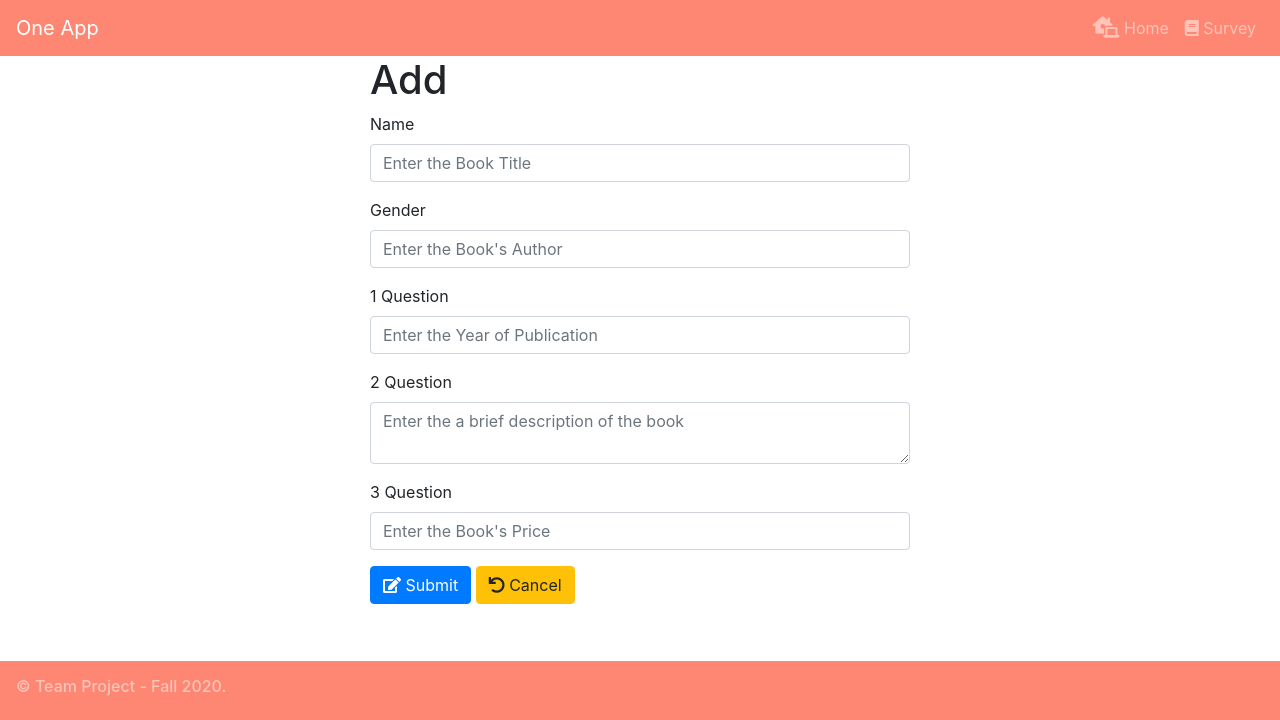
Repository: Dyazho/group-project
Page: http://localhost/survey/add
The author's editor kept a copy of each file at every save. The page is drawn from the files as they stood at one save, then again after the next save.
The browser window is 1280 px wide. The pictures show the whole page.
The page is served by the project's Node server (server.js). Other server files are loaded and not shown.

Above is the page before, as saved 2020-11-16 11:12:20.

### server/views/book/add.ejs
<%- include ../partials/header.ejs %>

<%- include ../partials/main_nav.ejs %>

<!-- Content for the Add page -->
<div class="container">
    <div class="row">
        <div class="offset-md-3 col-md-6">
            <h1><%= title %></h1>

            <form class="form" method="POST">
                <div class="form-group">
                    <label for="nameTextField">Name</label>
                    <input type="text" class="form-control"
                    id="nameTextField"
                    placeholder="Enter the Book Title"
                    name="name" required>
                </div>

                <div class="form-group">
                    <label for="authorTextField">Gender</label>
                    <input type="text" class="form-control"
                    id="authorTextField"
                    placeholder="Enter the Book's Author"
                    name="author" required>
                </div>

                <div class="form-group">
                    <label for="publishedTextField">1 Question </label>
                    <input type="text" class="form-control"
                    id="publishedTextField"
                    placeholder="Enter the Year of Publication"
                    name="published" required>
                </div>

                <div class="form-group">
                    <label for="descriptionTextArea">2 Question </label>
                    <textarea type="text" class="form-control"
                    id="descriptionTextArea"
                    placeholder="Enter the a brief description of the book"
                    name="description" required></textarea>
                </div>

                <div class="form-group">
                    <label for="priceTextField">3 Question </label>
                    <input type="text" class="form-control"
                    id="priceTextField"
                    placeholder="Enter the Book's Price"
                    name="price" required>
                </div>

                <button class="btn btn-primary" type="submit">
                    <i class="fas fa-edit"></i> Submit</button>

                    <a href="/survey" class="btn btn-warning">
                        <i class="fas fa-undo"></i> Cancel</a>

            </form>
        </div>

    </div>
</div>



<%- include ../partials/bottom_nav.ejs %>

<%- include ../partials/footer.ejs %>

### server/views/partials/header.ejs
<!DOCTYPE html>
<html lang="en">
<head>
  <meta charset="UTF-8">
  <meta name="viewport" content="width=device-width, initial-scale=1.0">
  <title><%= title %></title>
  <!-- CSS Section -->

  <link rel="stylesheet" href="/bootstrap/dist/css/bootstrap.min.css">
  <link rel="stylesheet" href="/@fortawesome/fontawesome-free/css/all.min.css">
  <link rel='stylesheet' href='/Content/app.css' />

</head>
<body>

### server/views/partials/main_nav.ejs
<!-- Main Navigation -->
  <nav class="navbar navbar-expand-lg navbar-dark navbar-colorr">

    <a class="navbar-brand" href="/survey"> One App</a>
    <button class="navbar-toggler" type="button" data-toggle="collapse" data-target="#navbarSupportedContent" aria-controls="navbarSupportedContent" aria-expanded="false" aria-label="Toggle navigation">
      <span class="navbar-toggler-icon"></span>
    </button>

    <div class="collapse navbar-collapse" id="navbarSupportedContent">
      <ul class="navbar-nav ml-auto">

        <% if (title == "Home"){ %>
        <li class="nav-item active">
        <% } else  { %>
        <li class="nav-item">
        <% } %>
          <a class="nav-link" href="/home"><i class="fas fa-lg fa-laptop-house"></i> Home </a>
        </li>


        <% if (title == "Survey") { %>
        <li class="nav-item active">
        <% } else  { %>
        <li class="nav-item">
        <% } %>
          <a class="nav-link" href="/survey"><i class="fas fa-book"></i> Survey </a>
        </li>


    </div>
  </nav>

### server/views/partials/bottom_nav.ejs
<!-- Bottom Nav -->
  <footer>
    <nav class="navbar fixed-bottom navbar-dark navbar-colorr">
      <h6 class="display-6 navbar-text">&copy; Team Project - Fall 2020.</h6>
    </nav>
  </footer>

### server.js
#!/usr/bin/env node


/*  Sanamdeep Singh
    301107513       */


/**
 * Module dependencies.
 */

var app = require('./server/config/app');
var debug = require('debug')('week-4:server');
var http = require('http');

/**
 * Get port from environment and store in Express.
 */

var port = normalizePort(process.env.PORT || '3000');
app.set('port', port);

/**
 * Create HTTP server.
 */

var server = http.createServer(app);

/**
 * Listen on provided port, on all network interfaces.
 */

server.listen(port);
server.on('error', onError);
server.on('listening', onListening);

/**
 * Normalize a port into a number, string, or false.
 */

function normalizePort(val) {
  var port = parseInt(val, 10);

  if (isNaN(port)) {
    // named pipe
    return val;
  }

  if (port >= 0) {
    // port number
    return port;
  }

  return false;
}

/**
 * Event listener for HTTP server "error" event.
 */

function onError(error) {
  if (error.syscall !== 'listen') {
    throw error;
  }

  var bind = typeof port === 'string'
    ? 'Pipe ' + port
    : 'Port ' + port;

  // handle specific listen errors with friendly messages
  switch (error.code) {
    case 'EACCES':
      console.error(bind + ' requires elevated privileges');
      process.exit(1);
      break;
    case 'EADDRINUSE':
      console.error(bind + ' is already in use');
      process.exit(1);
      break;
    default:
      throw error;
  }
}

/**
 * Event listener for HTTP server "listening" event.
 */

function onListening() {
  var addr = server.address();
  var bind = typeof addr === 'string'
    ? 'pipe ' + addr
    : 'port ' + addr.port;
  debug('Listening on ' + bind);
}

### server/controllers/book.js
let express = require('express');
let router = express.Router();
let mongoose = require('mongoose');

// create a reference to the model
let Book = require('../models/book');

module.exports.displayBookList = (req, res, next) => {
    Book.find((err, bookList) => {
        if(err)
        {
            return console.error(err);
        }
        else
        {
            //console.log(BookList);

            res.render('book/list', {title: 'Survey', BookList: bookList});
        }
    });
}

module.exports.displayAddPage = (req, res, next) => {
    res.render('book/add', {title: 'Add'})
}

module.exports.processAddPage = (req, res, next) => {
    let newBook = Book({
        "name": req.body.name,
        "author": req.body.author,
        "published": req.body.published,
        "description": req.body.description,
        "price": req.body.price
    });

    Book.create(newBook, (err, Book) =>{
        if(err)
        {
            console.log(err);
            res.end(err);
        }
        else
        {
            // refresh the book list
            res.redirect('/survey');
        }
    });

}

module.exports.displayEditPage = (req, res, next) => {
    let id = req.params.id;

    Book.findById(id, (err, bookToEdit) => {
        if(err)
        {
            console.log(err);
            res.end(err);
        }
        else
        {
            //show the edit view
            res.render('book/edit', {title: 'Edit', book: bookToEdit})
        }
    });
}

module.exports.processEditPage = (req, res, next) => {
    let id = req.params.id

    let updatedBook = Book({
        "_id": id,
        "name": req.body.name,
        "author": req.body.author,
        "published": req.body.published,
        "description": req.body.description,
        "price": req.body.price
    });

    Book.updateOne({_id: id}, updatedBook, (err) => {
        if(err)
        {
            console.log(err);
            res.end(err);
        }
        else
        {
            // refresh the book list
            res.redirect('/survey');
        }
    });
}

module.exports.performDelete = (req, res, next) => {
    let id = req.params.id;

    Book.remove({_id: id}, (err) => {
        if(err)
        {
            console.log(err);
            res.end(err);
        }
        else
        {
             // refresh the book list
             res.redirect('/survey');
        }
    });
}

### public/Content/app.css
/* custom css goes here */

.navbar-colorr {
  background-color: #fe8773;
}

### public/Scripts/app.js
/*  Sanamdeep Singh
    301107513       */


// IIFE -- Immediately Invoked Function Expression
(function(){

    function Start()
    {
        console.log("App Started...");

        let deleteButtons = document.querySelectorAll('.btn-danger');

        for(button of deleteButtons)
        {
            button.addEventListener('click', (event)=>{
                if(!confirm("Are you sure?"))
                {
                    event.preventDefault();
                    window.location.assign('/book-list');
                }
            });
        }
    }

    window.addEventListener("load", Start);

})();

Loaded but not shown: server/views/partials/footer.ejs (common file)

After the next save:
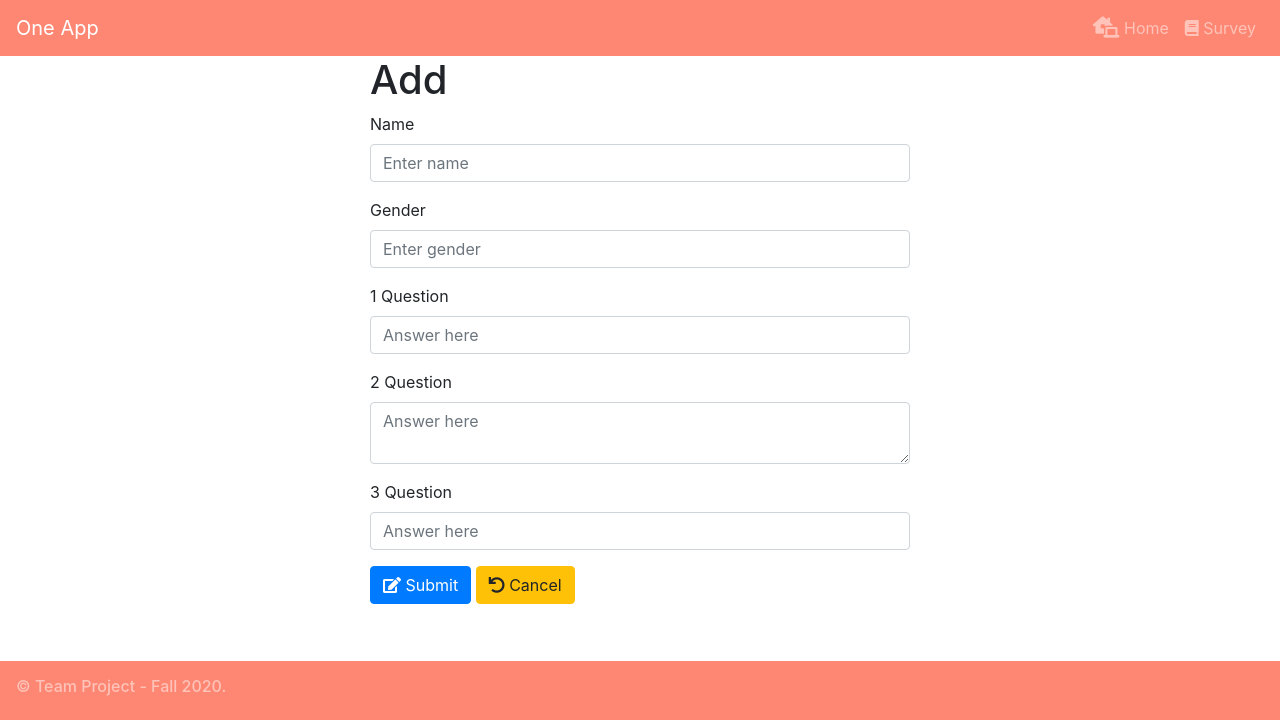
Saved 92 s later.
--- a/server/views/book/add.ejs
+++ b/server/views/book/add.ejs
@@ -13,7 +13,7 @@
                     <label for="nameTextField">Name</label>
                     <input type="text" class="form-control"
                     id="nameTextField"
-                    placeholder="Enter the Book Title"
+                    placeholder="Enter name"
                     name="name" required>
                 </div>
 
@@ -21,7 +21,7 @@
                     <label for="authorTextField">Gender</label>
                     <input type="text" class="form-control"
                     id="authorTextField"
-                    placeholder="Enter the Book's Author"
+                    placeholder="Enter gender"
                     name="author" required>
                 </div>
 
@@ -29,7 +29,7 @@
                     <label for="publishedTextField">1 Question </label>
                     <input type="text" class="form-control"
                     id="publishedTextField"
-                    placeholder="Enter the Year of Publication"
+                    placeholder="Answer here"
                     name="published" required>
                 </div>
 
@@ -37,7 +37,7 @@
                     <label for="descriptionTextArea">2 Question </label>
                     <textarea type="text" class="form-control"
                     id="descriptionTextArea"
-                    placeholder="Enter the a brief description of the book"
+                    placeholder="Answer here"
                     name="description" required></textarea>
                 </div>
 
@@ -45,7 +45,7 @@
                     <label for="priceTextField">3 Question </label>
                     <input type="text" class="form-control"
                     id="priceTextField"
-                    placeholder="Enter the Book's Price"
+                    placeholder="Answer here"
                     name="price" required>
                 </div>
 
